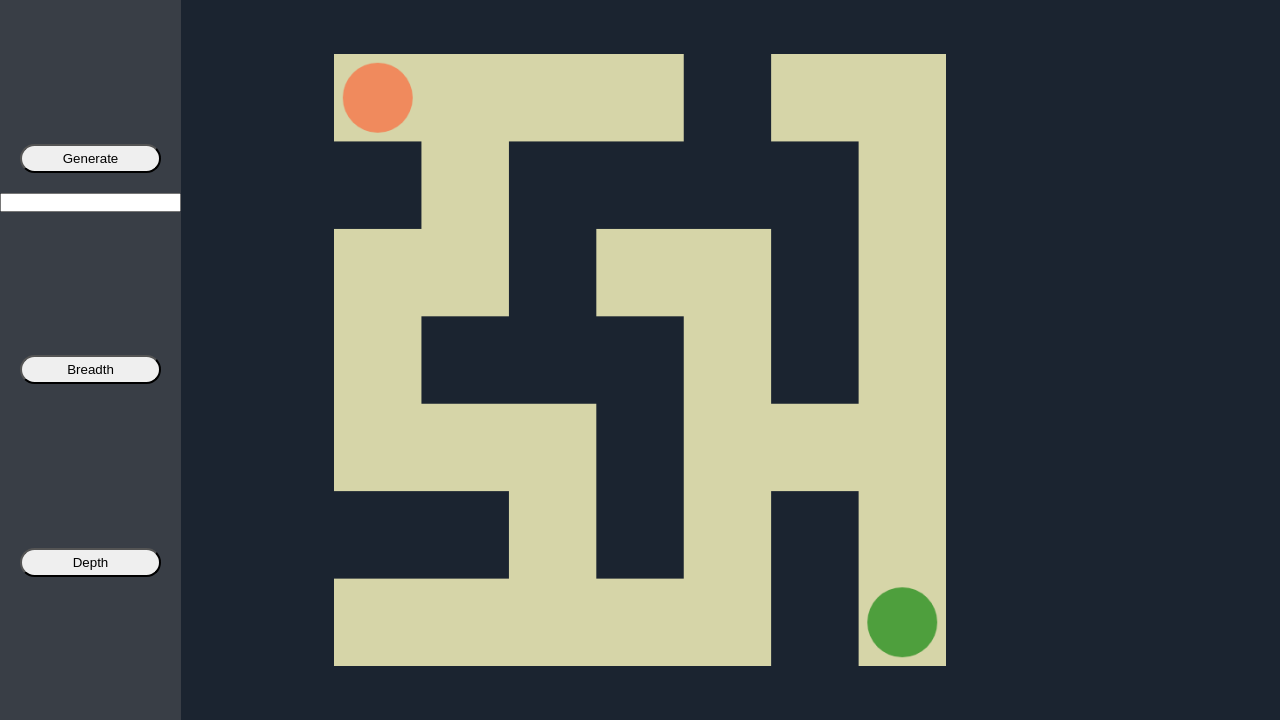
Repository: 2Friendly4You/advanced-maze-solver
Page: index.html
These files come from the project's save history. The page is drawn as it stood at one moment and after the next save; the edit follows.
The browser window is 1280 px wide. The pictures show the whole page.

Above is the page before, as saved 2022-09-20 14:22:44.

After the next save:
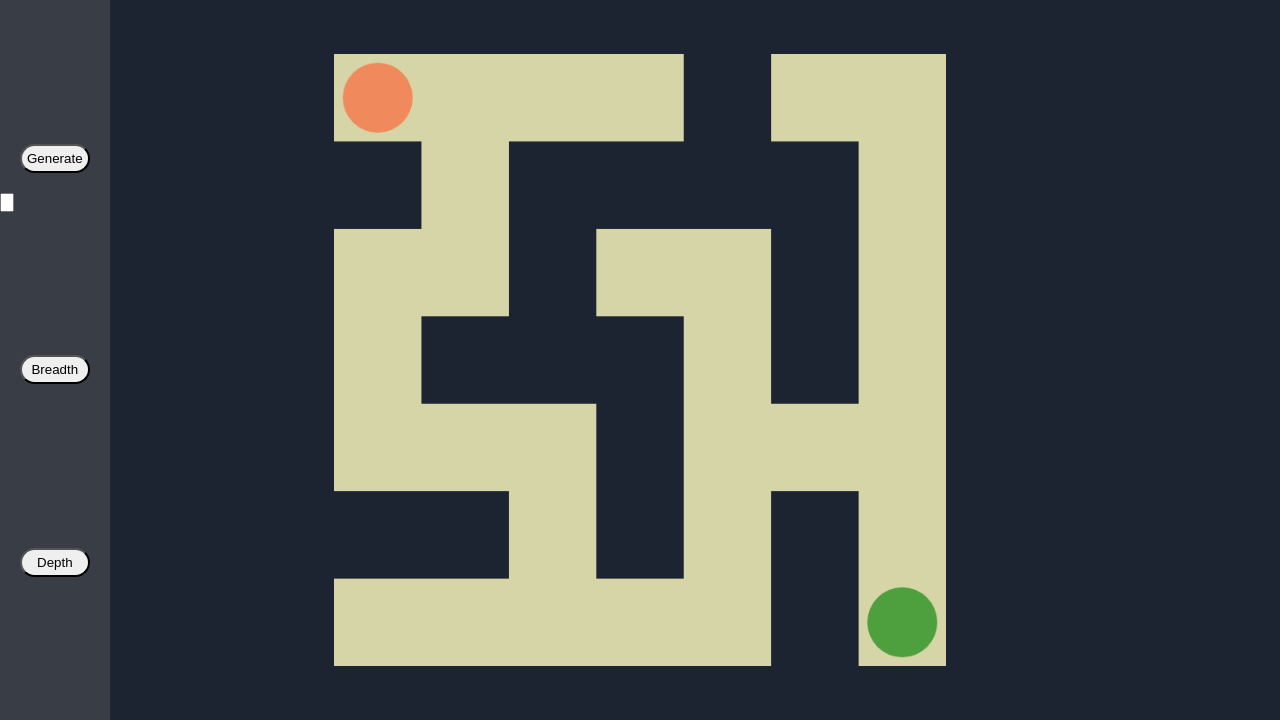
Saved 9 s later.
--- a/styles.css
+++ b/styles.css
@@ -39,7 +39,7 @@ canvas {
 }
 
 #generateInput {
-
+    width: 10px;
 }
 
 button {
